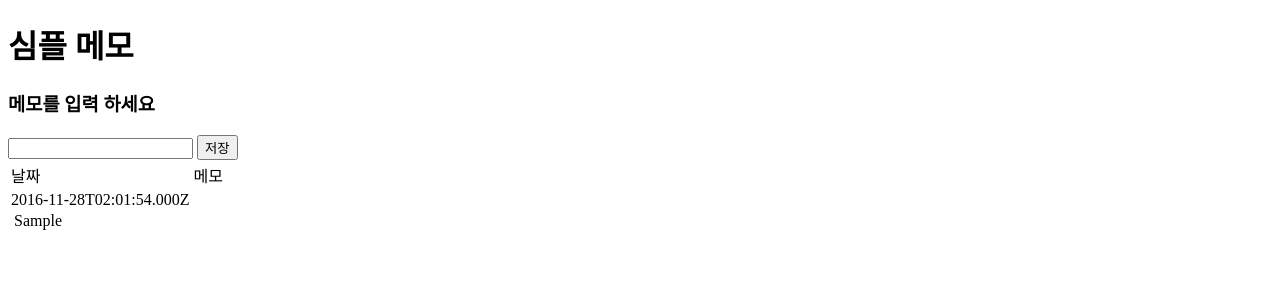
Repository: chisun-joung/workplace
Page: angularJS/WebContent/NewFile.html
The author's editor kept a copy of each file at every save. The page is drawn from the files as they stood at one save, then again after the next save.
The browser window is 1280 px wide. The pictures show the whole page.
Empty fields were first filled with sample values (such as "Sample", 5 or name@example.com).
After loading, the first visible `button` was clicked once.

Above is the page before, as saved 2016-12-01 13:10:45.

### angularJS/WebContent/NewFile.html
<!DOCTYPE html>
<html>
<head>
<meta charset="UTF-8">
<title>Insert title here</title>
<script>
	var memoAry = [];

	var saveMemo = function() {
		var memo = document.getElementById('memo').value;
		var date = new Date();
		date = date.toISOString();

		var memoObj = {
			'date' : date,
			'memo' : memo
		}
		memoAry.push(memoObj);

		var tbody = document.getElementById('tbody');
		var tr = document.createElement('tr');
		var td_date = document.createElement('td');
		var td_memo = document.createElement('td');
		td_date.innerHTML = memoObj.date;
		td_memo.innerHTML = memoObj.memo;

		console.log(td_date);
		td_date.append(td_memo);
		tr.appendChild(td_date);
		tbody.appendChild(tr);

		document.getElementById('memo').value = '';
	}
</script>
</head>
<body>
	<div>
		<h1>심플 메모</h1>
		<h3>메모를 입력 하세요</h3>
		<input id='memo' type='text' name='memo' />
		<button onclick='saveMemo()'>저장</button>
		<table>
			<thead>
				<tr>
					<td>날짜</td>
					<td>메모</td>
				</tr>
			</thead>
			<tbody id="tbody">
			</tbody>
		</table>
	</div>
</body>
</html>

After the next save:
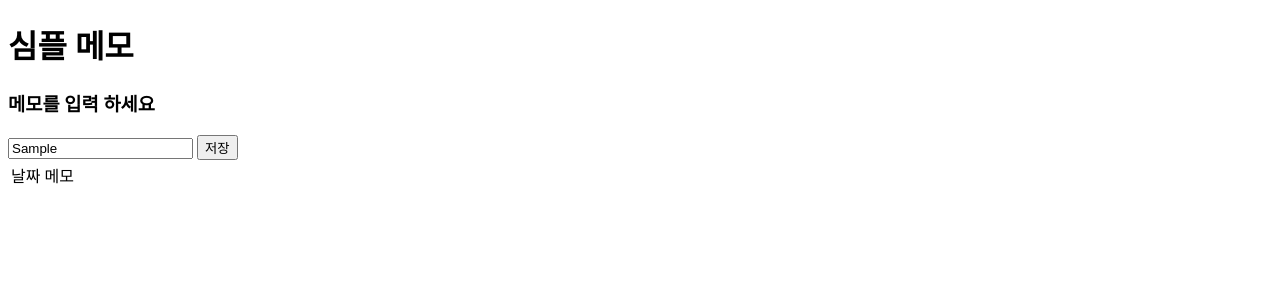
Console error: ReferenceError: td_demo is not defined
Saved 3 min 54 s later.
--- a/angularJS/WebContent/NewFile.html
+++ b/angularJS/WebContent/NewFile.html
@@ -24,9 +24,10 @@
 		td_date.innerHTML = memoObj.date;
 		td_memo.innerHTML = memoObj.memo;
 
-		console.log(td_date);
-		td_date.append(td_memo);
+
+
 		tr.appendChild(td_date);
+		tr.appendChild(td_demo);
 		tbody.appendChild(tr);
 
 		document.getElementById('memo').value = '';

After the save that followed:
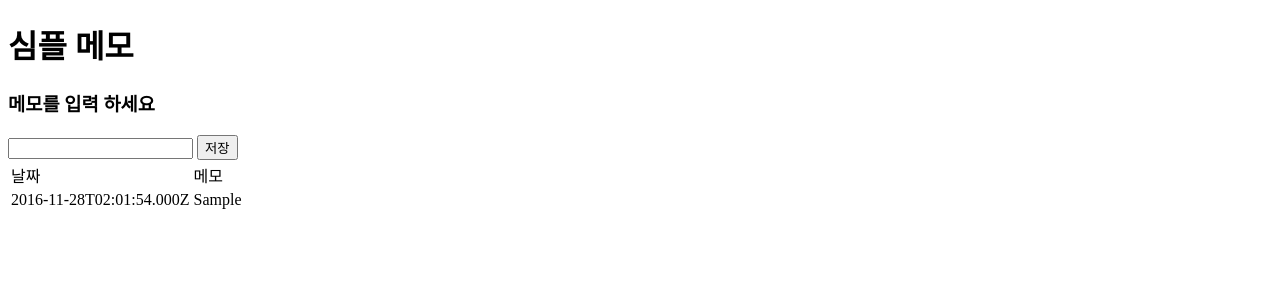
The error is gone.
Saved 36 s later.
--- a/angularJS/WebContent/NewFile.html
+++ b/angularJS/WebContent/NewFile.html
@@ -27,7 +27,7 @@
 
 
 		tr.appendChild(td_date);
-		tr.appendChild(td_demo);
+		tr.appendChild(td_memo);
 		tbody.appendChild(tr);
 
 		document.getElementById('memo').value = '';
